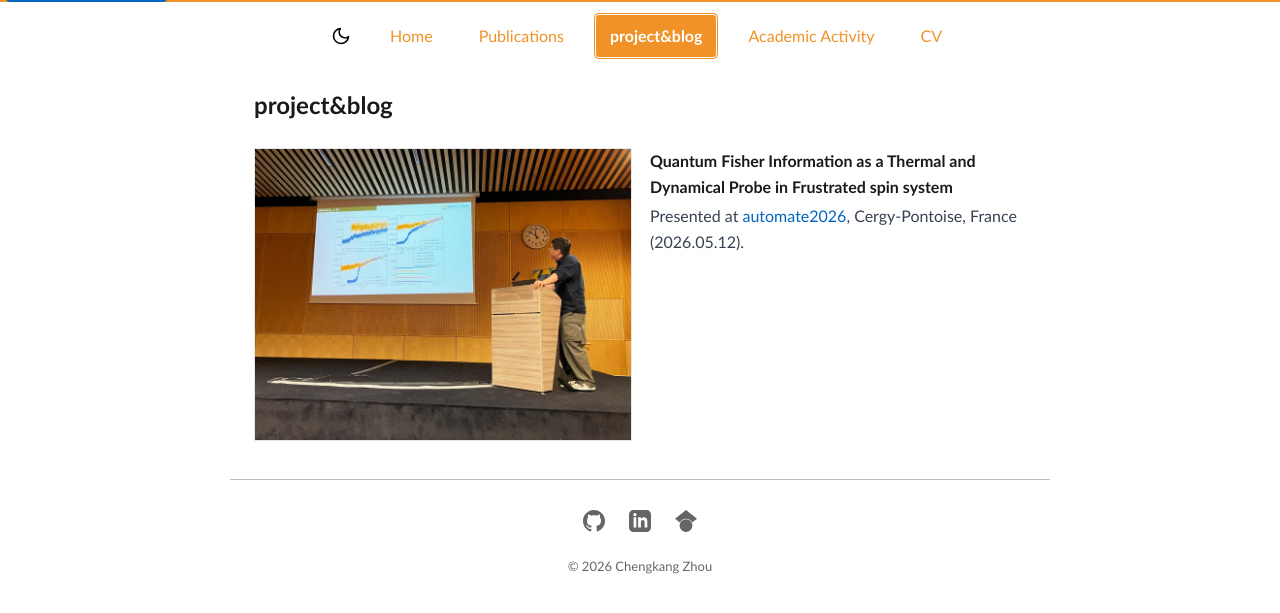
Repository: argyibug/zhouchk
Page: projects.html
An editor plug-in stored every save of this project. The page is shown before and after the next save, followed by the edit.
The browser window is 1280 px wide. The pictures show the whole page.

Above is the page before, as saved 2026-06-01 10:17:54.

After the next save:
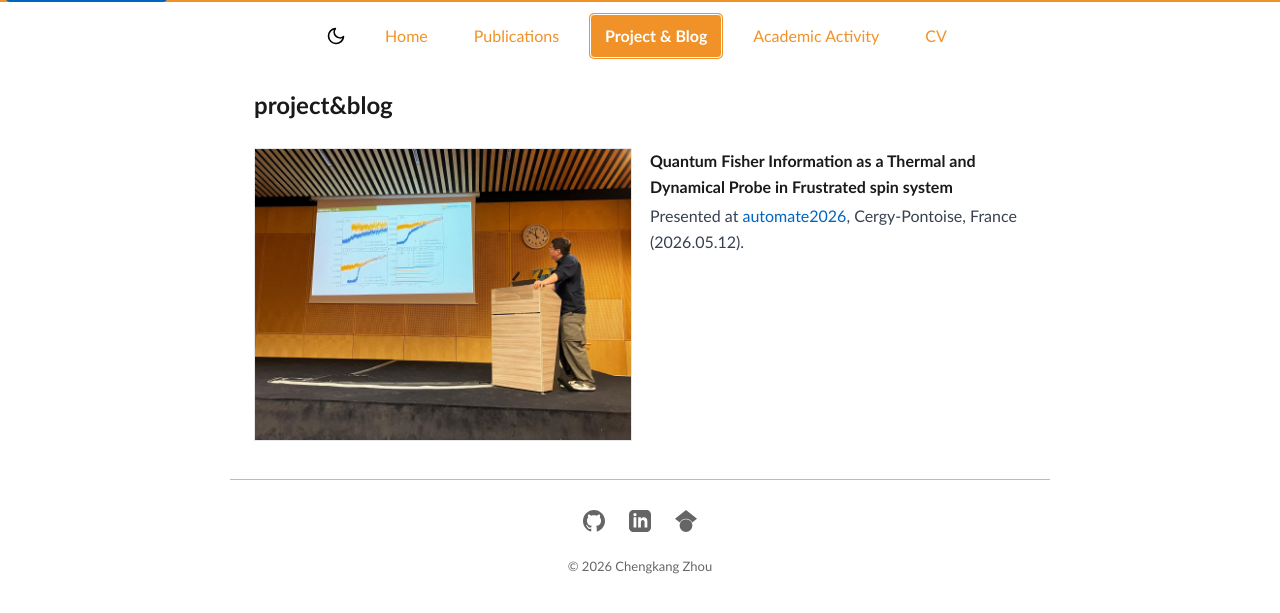
Saved 63 s later.
--- a/site-shell.js
+++ b/site-shell.js
@@ -7,7 +7,7 @@
   const NAV_ITEMS = [
     { key: 'home', href: 'index.html', label: 'Home' },
     { key: 'publications', href: 'publications.html', label: 'Publications' },
-    { key: 'projects', href: 'projects.html', label: 'project&blog' },
+    { key: 'projects', href: 'projects.html', label: 'Project & Blog' },
     { key: 'blogs', href: 'blogs.html', label: 'Academic Activity' },
     { key: 'cv', href: 'files/ZCK_resume.pdf', label: 'CV' }
   ];
